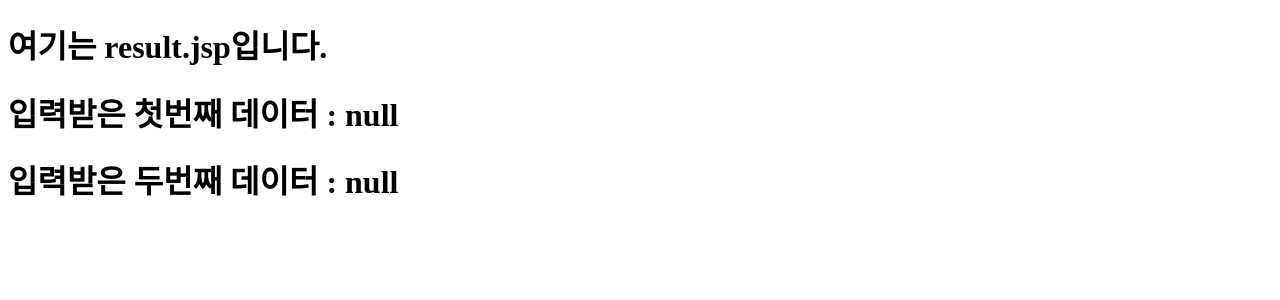
Repository: MySunTY/JSP
Page: http://localhost/JSP04/result.jsp
The author's editor kept a copy of each file at every save. The page is drawn from the files as they stood at one save, then again after the next save.
The browser window is 1280 px wide. The pictures show the whole page.
The page is served by Tomcat 9.

Above is the page before, as saved 2024-05-10 01:45:33.

### JSP04/src/main/webapp/result.jsp
<%@ page language="java" contentType="text/html; charset=utf-8"
    pageEncoding="utf-8"%>
<!DOCTYPE html>
<html>
	<head>
		<meta charset="utf-8">
		<title>데이터 확인</title>
	</head>
	<body>
		<% String A = request.getParameter("nm");
			String B = request.getParameter("first");
		%>

		<h1>여기는 result.jsp입니다.</h1>
		<h1>입력받은 첫번째 데이터 : <%=A %></h1>
		<h1>입력받은 두번째 데이터 : <%=B %></h1>

	</body>
</html>

After the next save:
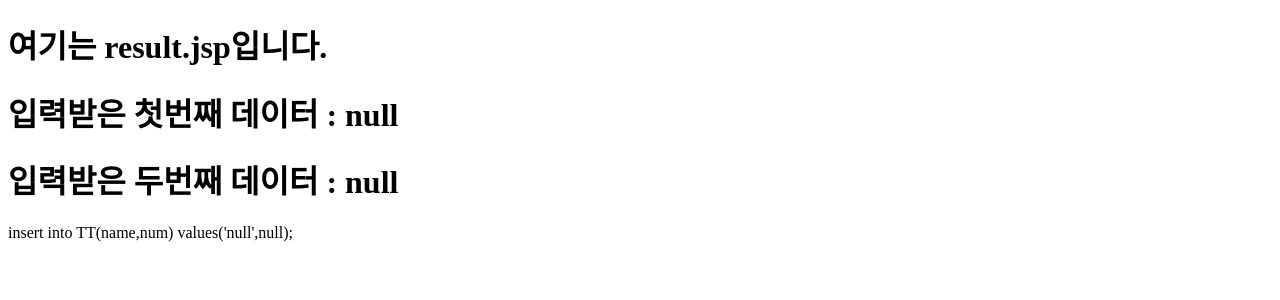
Saved 8 min 34 s later.
--- a/JSP04/src/main/webapp/result.jsp
+++ b/JSP04/src/main/webapp/result.jsp
@@ -9,11 +9,13 @@
 	<body>
 		<% String A = request.getParameter("nm");
 			String B = request.getParameter("first");
+			String sql = "insert into TT(name,num) values('"+A+"',"+B+");";
 		%>
 
 		<h1>여기는 result.jsp입니다.</h1>
 		<h1>입력받은 첫번째 데이터 : <%=A %></h1>
 		<h1>입력받은 두번째 데이터 : <%=B %></h1>
+		<p><%=sql %></p>
 
 	</body>
 </html>
